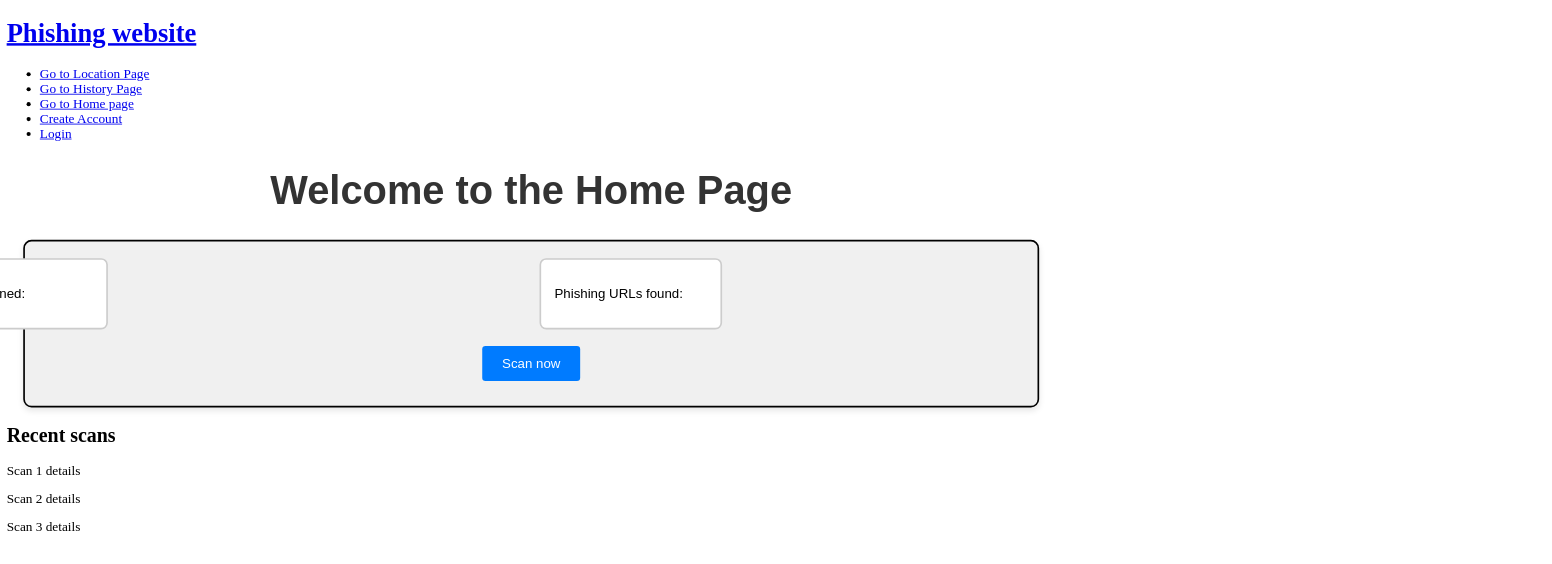
Repository: 2305199/Final-year-project
Page: / (app in frontend/)
The author's editor kept a copy of each file at every save. The page is drawn from the files as they stood at one save, then again after the next save.
The browser window is 1280 px wide. The page is 1370 px wide, then 1870 px, so the pictures cover 1870 px, including what lies to the right of the window. The pictures show the whole page, at 83% of full size.
The project was rebuilt for these pictures with package versions that can differ from the ones it lists, and the page was loaded fresh each time. Also part of the build but not shown: frontend/vite.config.js, frontend/src/Location/Location.jsx, frontend/src/History/History.jsx, frontend/src/User/CreateAccount.jsx, frontend/src/User/Login.jsx.

Above is the page before, as saved 2026-01-29 01:24:28.

### frontend/src/App.jsx
import { BrowserRouter as Router, Routes, Route } from 'react-router-dom';
import Home from './Home/Home.jsx'
import Location from './Location/Location.jsx'
import History from './History/History.jsx'
import CreateAccount from './User/CreateAccount.jsx'
import Login from './User/Login.jsx'
import Header from './components/Header.jsx'

function App() {

  return (
    <Router>
    <Header />
   <Routes>
      <Route path="/" element={<Home />} />
      <Route path="/location" element={<Location />} />
      <Route path="/history" element={<History />} />
      <Route path="/createAccount" element={<CreateAccount />} />
      <Route path="/login" element={<Login />} />
   </Routes>
    </Router>
  )
}

export default App

### frontend/src/Home/Home.jsx
import styles from './Home.module.css'
function Home() {
    return ( <div>
        <div className={styles.title}> <h1>Welcome to the Home Page</h1></div>


<div className={styles.Box}>
  <div className={styles.topRow}>
    <div className={styles.Lscanned}>
      <p>Last Scanned:</p>
    </div>

    <div className={styles.Pfound}>
      <p>Phishing URLs found:</p>
    </div>
  </div>

  <button className={styles.scanButton}>Scan now</button>
</div>



    <div>
        <h2>Recent scans</h2>
        <div className={styles.recentScans}>
            <div className={styles.scanCard}><p>Scan 1 details</p></div>
            <div className={styles.scanCard}><p>Scan 2 details</p></div>
            <div className={styles.scanCard}><p>Scan 3 details</p></div>
        </div>
    </div>

    </div>)
}
export default Home

### frontend/src/components/Header.jsx
function Header() {
    return (<div>
    <h1> <a href="/">Phishing website </a></h1>
     <ul>
        <li><a href="/location">Go to Location Page</a></li>
        <li><a href="/history">Go to History Page</a></li>
        <li><a href="/">Go to Home page</a></li>
        <li><a href="/createAccount">Create Account</a></li>
        <li><a href="/login">Login</a></li>
    </ul>
    </div>)

}
export default Header

### frontend/src/Home/Home.module.css
.title{
    text-align: center;
    font-size: 1.5rem;
    margin-bottom: 20px;
    color: #333;
    font-family: 'Arial', sans-serif;
}
.Box{
    display: flex;
    flex-direction: column;
    align-items: center;
    justify-content: center;
   border: 2px solid black;
    padding: 20px;
    margin: 20px;
    background-color: #f0f0f0;
    border-radius: 10px;
    box-shadow: 0 4px 8px rgba(0, 0, 0, 0.1);

}
.container {
  display: grid;
  gap: 20px;
}

.Box {
  display: flex;
  flex-direction: column;
  align-items: center;
  gap: 20px;
}

.Lscanned,
.Pfound {
  border: 2px solid #ccc;
  padding: 16px;
  border-radius: 8px;
  background-color: #ffffff;
  font-family: 'Arial', sans-serif;
  width: 220px;
  box-sizing: border-box;
  margin-right: 500px;
}

.scanButton {
  padding: 12px 24px;
  font-size: 16px;
  background-color: #007bff;
  color: #ffffff;
  border: none;
  border-radius: 4px;
  cursor: pointer;
  transition: background-color 0.3s ease;
  margin-bottom: 10px;
}
.topRow {
  display: flex;
  flex-direction: row; /* side by side */
  gap: 20px;
  align-items: center;
}

Loaded but not shown: frontend/index.html (common file); frontend/src/main.jsx (common file); frontend/src/index.css (no stored copy; drawn as an empty file)

After the next save:
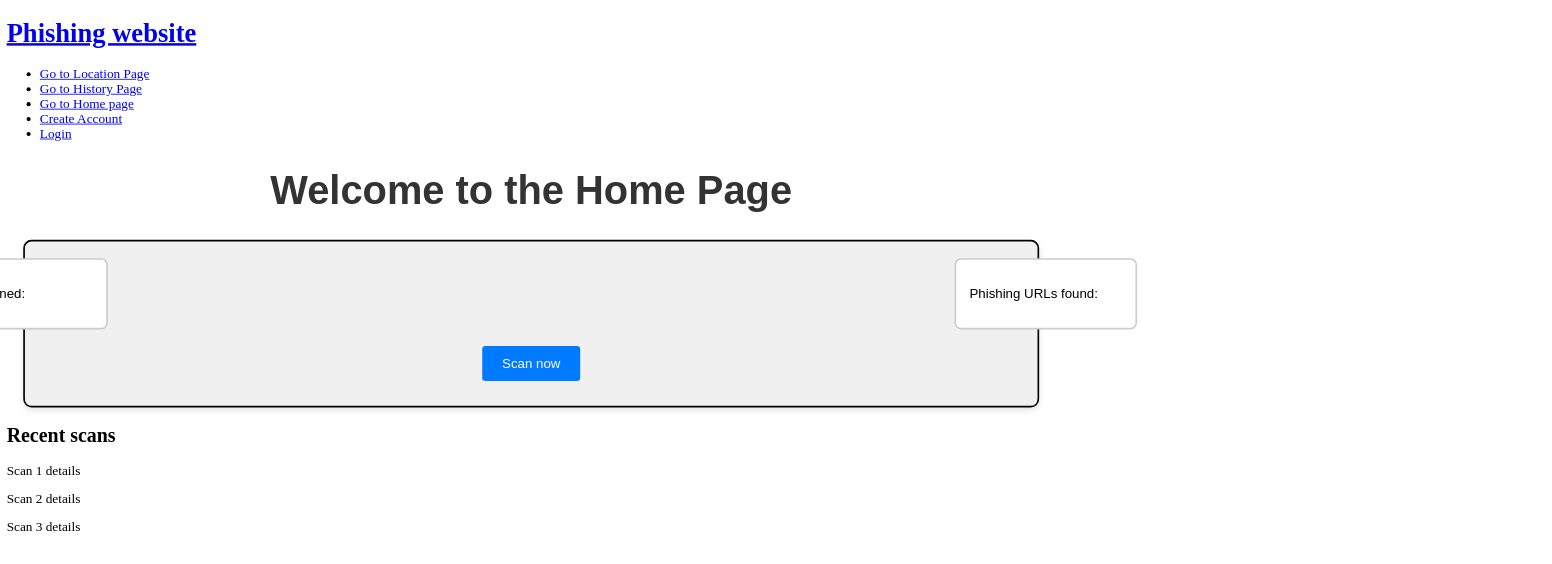
Saved 15 s later.
--- a/frontend/src/Home/Home.module.css
+++ b/frontend/src/Home/Home.module.css
@@ -40,6 +40,7 @@
   width: 220px;
   box-sizing: border-box;
   margin-right: 500px;
+  margin-left: 500px;
 }
 
 .scanButton {
